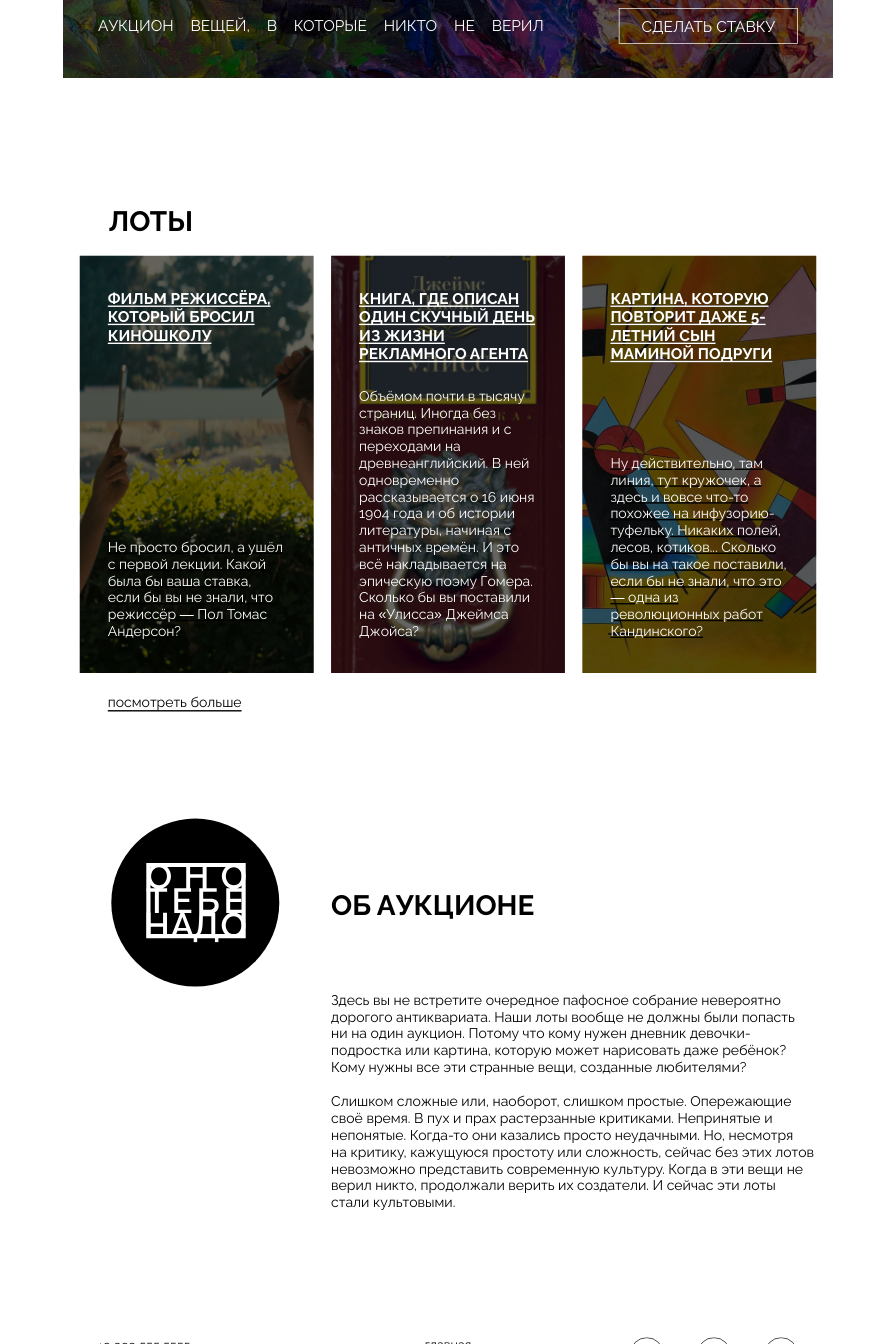
Repository: NikWolf75/ono-tebe-nado-fd
Page: index.html
An editor plug-in stored every save of this project. The page is shown before and after a run of saves, followed by the edit.
The browser window is 1280 px wide. The pictures show the part of the page from y = 939 to 2859 px (the page is 3027 px tall), at 70% of full size.

Above is the page before, as saved 2024-12-18 22:44:38.

### index.html
<!DOCTYPE html>
<html lang="ru">
  <head>
    <meta charset="UTF-8">
    <meta http-equiv="X-UA-Compatible" content="IE=edge">
    <meta name="viewport" content="width=device-width, initial-scale=1.0">
    <link href="./fonts/fonts.css" rel="stylesheet">
    <link href="./styles/global.css" rel="stylesheet">
    <link href="./styles/style.css" rel="stylesheet">
    <title>Оно тебе надо — аукцион вещей, в которые никто не верил</title>
  </head>
  <body>
    <header class="header">
      <nav class="header__menu">
        <ul class="header__links-list">
          <li class="header__links-list-item header__links-list-item_no-bullit">
            <a class="header__link header__link-active" href="main">главная</a>
          </li>
          <li class="header__links-list-item">
            <a class="header__link" href="#lots">посмотреть лоты</a>
          </li>
          <li class="header__links-list-item">
            <a class="header__link" href="#about-lots">об аукционе</a>
          </li>
        </ul>
      </nav>
      <a class="header__logo">
        <img
          class="header__logo-image"
          src="./images/logo-black.svg"
          alt="Лого"
        >
      </a>
      <address class="address header__address">
        <a href="tel:+99995555555">+9 999 555 5555</a>
        <a href="mailto:info@sobaka.ge">info@sobaka.ge</a>
        <p> наб. Принсенграхт 263- 265, Амстердам</p>
      </address>
    </header>
    <main>
      <section class="cover">
        <div class="overlay"></div>
        <h1 class="cover__title">
          <span class="cover__main-text text-left">Оно</span>
          <span class="cover__main-text text-center">Тебе</span>
          <span class="cover__main-text text-right">Надо</span>
        </h1>
        <div class="cover__discription">
          <p class="cover__discription-text">Аукцион вещей, в которые никто не верил</p>
          <button class="bet-button">Сделать ставку</button>
        </div>
      </section>
      <section class="lots">
        <h2 class="lots__heading">Лоты</h2>
          <ul class="lots__card-list">
            <li class="lots__card-list-item">
              <a class="card-link" href="main">
                <article class="card card_type_film">
                  <div class="overlay"></div>
                  <h3 class="card__title">
                    Фильм режиссёра, который бросил киношколу
                  </h3>
                  <p class="card__text">
                    Не просто бросил, а ушёл
                    с первой лекции. Какой
                    была бы ваша ставка, если бы вы не знали, что
                    режиссёр — Пол Томас
                    Андерсон?
                  </p>
                </article>
              </a>
            </li>
            <li class="lots__card-list-item">
              <a class="card__link" href="main">
                <article class="card card_type_book">
                  <div class="overlay"></div>
                  <h3 class="card__title">
                    Книга, где описан
                    один скучный день
                    из жизни
                    рекламного агента
                  </h3>
                  <p class="card__text">
                    Объёмом почти в тысячу
                    страниц. Иногда без
                    знаков препинания и с переходами на
                    древнеанглийский. В ней
                    одновременно
                    рассказывается о 16 июня
                    1904 года и об истории
                    литературы, начиная с
                    античных времён. И это
                    всё накладывается на
                    эпическую поэму Гомера.
                    Сколько бы вы поставили
                    на «Улисса» Джеймса
                    Джойса?
                  </p>
                </article>
              </a>
            </li>
            <li class="lots__card-list-item">
              <a class="card-link" href="main">
                <article class="card card_type_picture">
                  <div class="overlay"></div>
                  <h3 class="card__title">
                    Картина, которую
                    повторит даже 5-
                    летний сын
                    маминой подруги
                  </h3>
                  <p class="card__text">
                    Ну действительно, там
                    линия, тут кружочек, а
                    здесь и вовсе что-то
                    похожее на инфузорию-
                    туфельку. Никаких полей,
                    лесов, котиков... Сколько
                    бы вы на такое поставили,
                    если бы не знали, что это
                    — одна из
                    революционных работ
                    Кандинского?
                  </p>
                </article>
              </a>
            </li>
          </ul>
          <a class="lots__look-more-link" href="#main">посмотреть больше</a>
      </section>
      <section class="about" id="#about">
        <div class="about__column">
          <div class="about__logo">
            <img
              class="about__logo-image"
              src="./images/logo-white.svg"
              alt="Лого"
            >
          </div>
        </div>
        <div class="about__column">
          <h2 class="about__title">Об аукционе</h2>
          <div class="about__text">
            <p>
              Здесь вы не встретите очередное пафосное собрание невероятно
              дорогого антиквариата. Наши лоты вообще не должны были попасть
              ни на один аукцион. Потому что кому нужен дневник девочки-
              подростка или картина, которую может нарисовать даже ребёнок?
              Кому нужны все эти странные вещи, созданные любителями?
            </p>
            <p>
              Слишком сложные или, наоборот, слишком простые. Опережающие
              своё время. В пух и прах растерзанные критиками. Непринятые
              и непонятые. Когда-то они казались просто неудачными. Но, несмотря
              <br>на критику, кажущуюся простоту или сложность, сейчас без этих
              лотов невозможно представить современную культуру. Когда в эти вещи не
              верил никто, продолжали верить их создатели. И сейчас эти лоты
              стали культовыми.
            </p>
          </div>
        </div>
      </section>
    </main>
    <footer class="footer">
      <address class="address">
        <a href="tel:+99995555555">+9 999 555 5555</a>
        <a href="mailto:info@sobaka.ge">info@sobaka.ge</a>
        <p> наб. Принсенграхт 263-265, Амстердам</p>
      </address>
      <nav class="footer__menu">
        <ul class="footer__menu-list">
          <li class="footer__menu-list-item">
            <a class="footer__menu-link footer__menu-link-active" href="#main">главная</a>
          </li>
          <li class="footer__menu-list-item">
            <a class="footer__menu-link" href="#lots">посмотреть лоты</a>
          </li>
          <li class="footer__menu-list-item">
            <a class="footer__menu-link" href="#about-lots">об аукционе</a>
          </li>
        </ul>
      </nav>
      <div class="footer__social">
        <ul class="footer__social-list">
          <li class="footer__social-list-item">
            <a class="footer__social-link" href="#main">
              <img
                class="footer__social-icon"
                src="./images/yt.svg"
                alt="Ютуб"
              >
            </a>
          </li>
          <li class="footer__menu-list-item">
            <a class="footer__social-link" href="#main">
              <img
                class="footer__social-icon"
                src="./images/vk.svg"
                alt="Вконтакте"
              >
            </a>
          </li>
          <li class="footer__menu-list-item">
            <a class="footer__social-link" href="#main">
              <img
                class="footer__social-icon"
                src="./images/pinterest.svg"
                alt="Пинтерест"
              >
            </a>
          </li>
        </ul>
      </div>
    </footer>
  </body>
</html>

### styles/global.css
*,
*::before,
*::after {
  box-sizing: border-box;
}

body {
  width: 1100px;
  margin: 0 auto;
  font-family: Raleway, sans-serif;
}

h1,
h2,
h3,
h4,
h5,
h6,
p,
ul,
ol,
li,
blockquote {
  margin: 0;
  padding: 0;
}

a {
  color: inherit;
}

img {
  width: 100%;
}

### styles/style.css
.header {
  display: grid;
  grid-template-columns: 1fr min-content 1fr;
  align-items: center;
  padding: 91px 50px 97px 51px;
  font-style: normal;
  font-size: 18px;
  font-weight: 400;
}

.header__links-list {
  display: flex;
  gap: 32px;
  list-style: circle;
}

.header__links-list-item_no-bullit {
  list-style: none;
}

.header__link {
  text-underline-position: under;
}

.header__link-active {
  text-decoration: none;
}

.header__logo {
  width: 148px;
  height: 105px;
  padding: 1px 6px 0 6px;
}

.address {
  max-width: 240px;
  font-style: normal;
  line-height: 135%;
  text-underline-position: under;
}

.header__address {
  justify-self: end;
}

.cover {
  background-image: url(../images/cover.jpg);
  background-size: cover;
  background-repeat: no-repeat;
  background-position: center top;
  display: flex;
  padding: 165px 20px 0 50px;
  flex-direction: column;
  gap: 100px;
  position: relative;
}

.overlay {
  position: absolute;
  z-index: 1;
  top: 0;
  left: 0;
  width: 100%;
  height: 100%;
  background-color: rgb(0, 0, 0, 0.6);
}

.cover__title {
  position: relative;
  z-index: 2;
  font-weight: 700;
  font-size: 100px;
  letter-spacing: 0.3em;
  text-transform: uppercase;
  color: #fff;
}

.cover__main-text {
  display: block;
  line-height: 115%;
}

.text-left {
  line-height: 115%;
}

.text-center {
  text-align: center;
  line-height: 115%;
  padding: 20px 0 20px 0;
}

.text-right {
  text-align: right;
  line-height: 115%;
}

.cover__discription {
  z-index: 2;
  display: flex;
  align-items: center;
  justify-content: start;
  line-height: 140%;
  gap: 107px;
  padding: 7px 0 49px 0;
}

.cover__discription-text {
  font-size: 22px;
  color: #fff;
  word-spacing: 18.5px;
  line-height: 127%;
  white-space: nowrap;
  text-transform: uppercase;
}

.bet-button {
  font-family: Raleway, sans-serif;
  width: 256px;
  height: 51px;
  font-weight: 500;
  text-align: center;
  font-size: 22px;
  color: #fff;
  border: 1px solid #fff;
  text-transform: uppercase;
  background-color: transparent;
}

.lots {
  display: flex;
  flex-direction: column;
  padding: 181px 24px 150px 24px;
  display: flex;
}

.lots__heading {
  font-weight: 700;
  font-size: 40px;
  text-transform: uppercase;
  margin: 0 0 26px 41px;
}

.lots__card-list {
  display: flex;
  flex-wrap: wrap;
  justify-content: center;
  list-style: none;
  gap: 25px;
}

.lots__card-list-item {
  width: 334px;
  min-height: 596px;
  flex-grow: 1;
}

.card__link {
  display: block;
  text-decoration: none;
  height: 100%;
}

.card {
  position: relative;
  background-size: cover;
  background-repeat: no-repeat;
  background-position: center;
  display: flex;
  flex-direction: column;
  justify-content: space-between;
  padding: 48px 40px;
  height: 100%;
}

.card_type_film {
  background-image: url(../images/card-lot-01.jpg);
}

.card_type_book {
  background-image: url(../images/card-lot-02.jpg);
}

.card_type_picture {
  background-image: url(../images/card-lot-03.jpg);
}

.card__title {
  font-weight: 700;
  font-size: 22px;
  line-height: 120%;
  z-index: 2;
  text-transform: uppercase;
  text-decoration: underline;
  text-decoration-skip-ink: none;
  color: #fff;
}

.card__text {
  font-size: 20px;
  line-height: 120%;
  z-index: 2;
  color: #fff;
}

.lots__look-more-link {
  text-underline-position: under;
  font-weight: 400;
  font-size: 20px;
  color: #000;
  padding: 30px 0 4px 40px;
}

.about {
  display: grid;
  grid-template-columns: 330px auto;
  justify-items: center;
  padding: 0 27px 100px 24px;
  gap: 29px;
}

.about__logo {
  display: flex;
  justify-content: center;
  align-items: center;
  width: 240px;
  height: 240px;
  border-radius: 100%;
  background-color: #000;
}

.about__logo-image {
  width: 148px;
  height: 114px;
}

.about__title {
  margin: 100px 0;
  font-size: 40px;
  font-weight: 700;
  font-style: normal;
  text-transform: uppercase;
}

.about__text {
  display: flex;
  flex-direction: column;
  gap: 25px;
  font-size: 20px;
  line-height: 120%;
}

.footer {
  padding: 81px 50px 0;
  display: grid;
  grid-template-columns: 1fr auto 1fr;
  font-size: 18px;
}

.address {
  font-style: normal;
  font-weight: 400;
  line-height: 135%;
  text-underline-position: under;
}

.footer__menu-list {
  display: flex;
  flex-direction: column;
  align-items: center;
  list-style: none;
  padding-bottom: 115px;
}

.footer__menu-link {
  text-underline-position: under;
}

.footer__menu-link_active {
  text-decoration: none;
}

.footer__social {
  justify-self: end;
}

.footer__social-list {
  display: flex;
  justify-content: space-between;
  gap: 48px;
  list-style: none;
}

.footer__social-list-item {
  height: 100%;
}

.footer__social-link {
  text-decoration: none;
}

.footer__social-icon {
  height: 48px;
}

Loaded but not shown: fonts/fonts.css (common file)

After the next 2 saves:
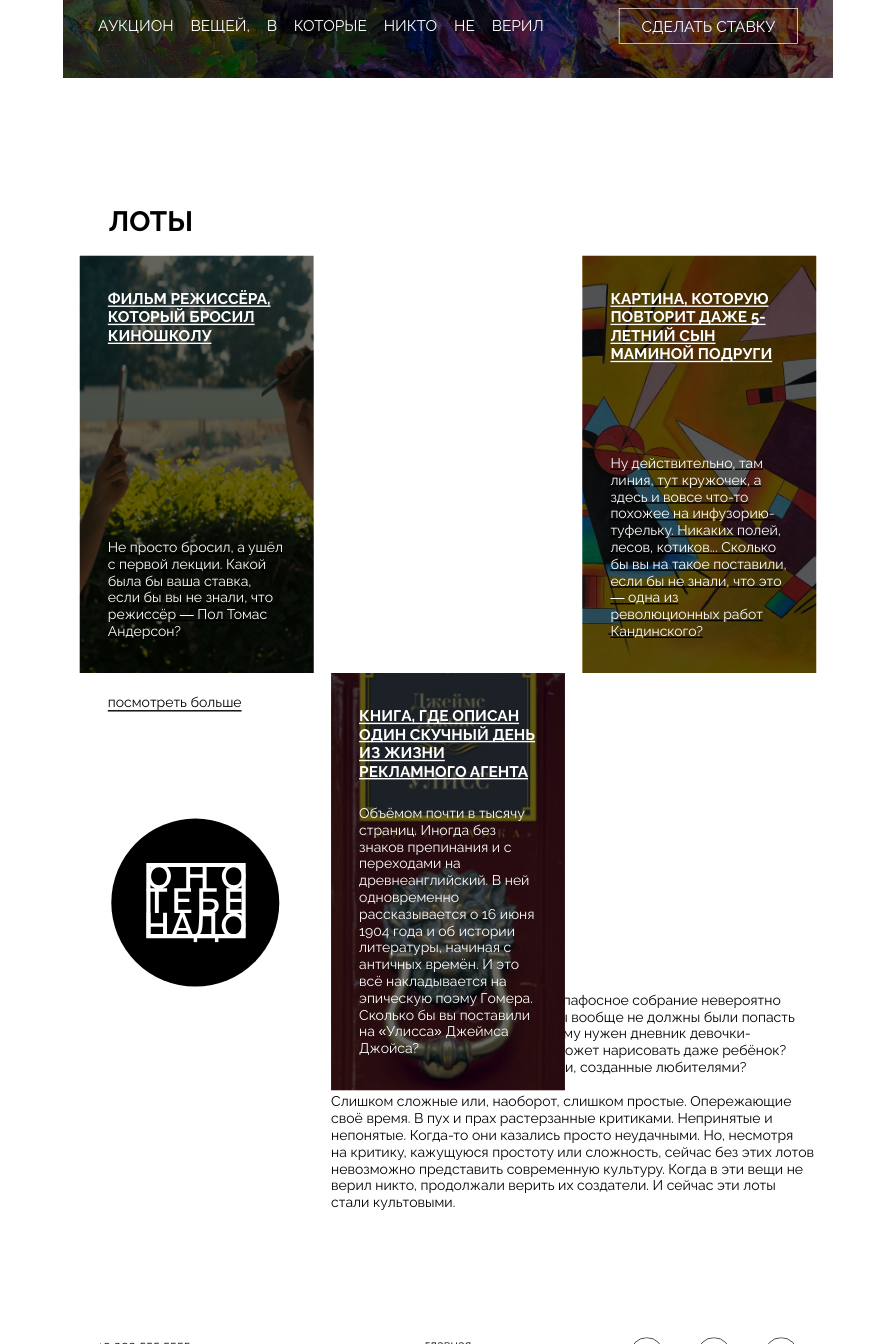
The 2 saves are shown as one change because they came seconds apart.
The last was saved 61 s later.
--- a/index.html
+++ b/index.html
@@ -71,7 +71,7 @@
               </a>
             </li>
             <li class="lots__card-list-item">
-              <a class="card__link" href="main">
+              <a class="card__link" href="main"></a>
                 <article class="card card_type_book">
                   <div class="overlay"></div>
                   <h3 class="card__title">
@@ -97,7 +97,6 @@
                     Джойса?
                   </p>
                 </article>
-              </a>
             </li>
             <li class="lots__card-list-item">
               <a class="card-link" href="main">
